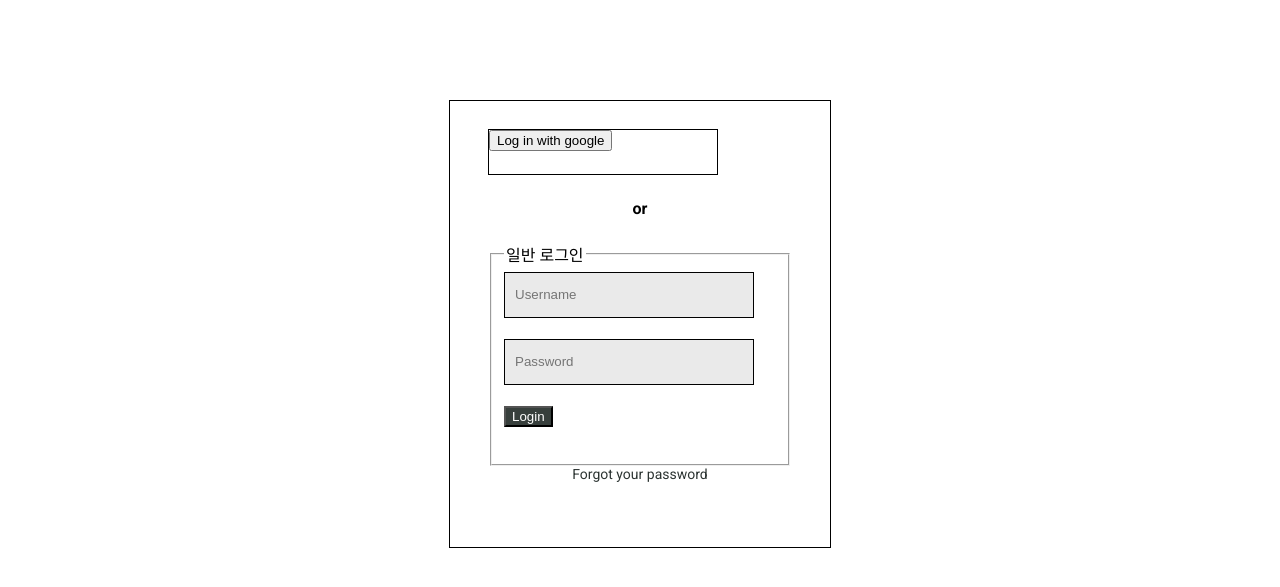
Repository: ggandory/CODE
Page: 6/login/index.html
An editor plug-in stored every save of this project. The page is shown before and after the next save, followed by the edit.
The browser window is 1280 px wide. The pictures show the whole page.

Above is the page before, as saved 2024-02-06 23:52:09.

After the next save:
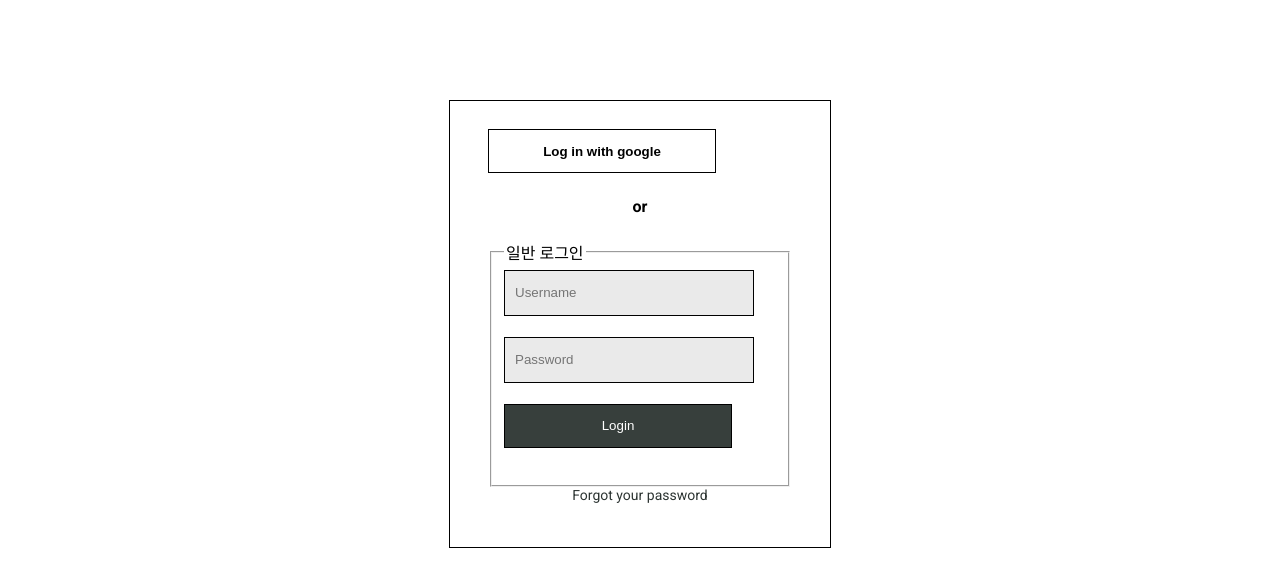
Saved 117 s later.
--- a/6/login/style.css
+++ b/6/login/style.css
@@ -9,7 +9,7 @@ form {
 body {
   font-family: "Roboto", sans-serif;
 }
-.top {
+.login button {
   width: 228px;
   height: 44px;
   border: 1px solid #000;
